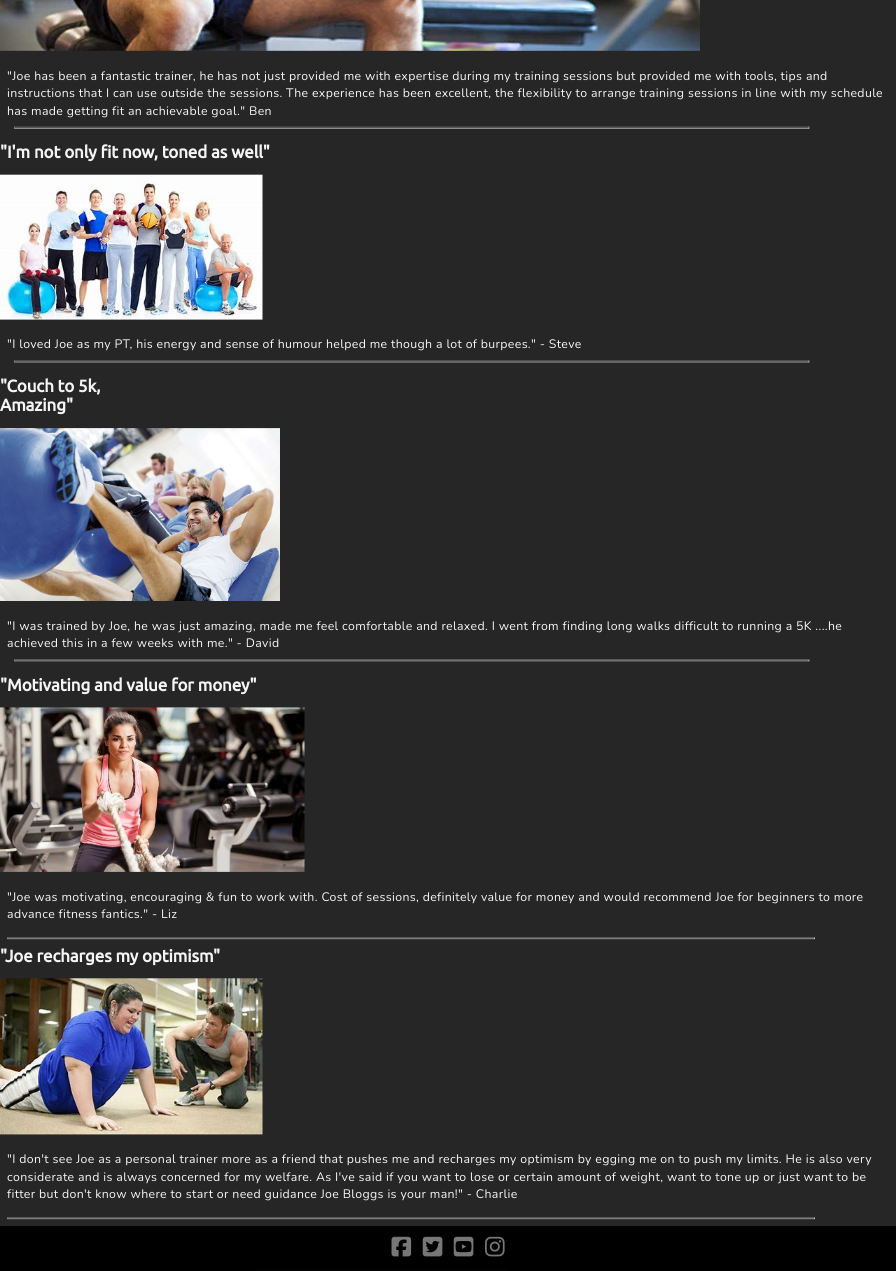
Repository: ClaireRoberts1403/Joe-Bloggs-Personal-Trainer
Page: html/reviews.html
The author's editor kept a record of every edit. The page is drawn from the files as they stood at one moment, then again after the next edit.
The browser window is 1280 px wide. The pictures show the part of the page from y = 2941 to 4861 px (the page is 4757 px tall before and 5386 px after), at 70% of full size.
A picture or video elsewhere on the page could not be fetched, so the positions and the page height are approximate. Some web fonts or font styles are not loaded; a fallback is used. Some web libraries are served in a nearby version.

Above is the page before.

### html/reviews.html
<!DOCTYPE html>
<html lang="en">

<head>
	<meta charset="UTF-8">
	<meta name="viewport" content="width=device-width, initial-scale=1.0">
	<meta http-equiv="X-UA-Compatible" content="ie=edge">
	<script src="https://kit.fontawesome.com/90ed803b97.js" crossorigin="anonymous"></script>
	<link rel="stylesheet" href="..//assets/style.css">
	<title>Joe Bloggs | Reviews</title>
</head>

<body>
	<!-- Navbar -->
	<header>

		<nav>
			<ul id="menu">
				<h1 id="menulogo">Joe Bloggs | Personal Trainer</h1>
				<div class="menuright">
					<li>
						<a href="index.html">Home</a>
					</li>
					<li>
						<a href="plans.html">Plans</a>
					</li>
					<li>
						<a id="active" href="reviews.html">Reviews</a>
					</li>
					<li>
						<a href="contact.html">Contact Me</a>
					</li>
					<div </ul>
		</nav>
	</header>

	<!-- Image Links -->
	<section>
		<h1 id="review-title">Reviews</h1>
		<h2 id="review-quote">Don't let me tell you how great I am</h2>

		<div class="row">
			<div class="column">
				<div id="reviewgallery">
					<h2>"Best personal trainer in the world"</h2>
					<br>
					<img src="../images/reviews/review1.jpg" alt="Client Image Not Available">
					<div class="desc">"Probably the best personal trainer in world. When I started to train with Joe and he gave helpful advice, motivation and a exercise plan which saw me lose weight and gain muscle definition within a month." - Karen
						<hr>
					</div>
				</div>
				<div id="reviewgallery">
					<h2>"Focused with a great sense of humour"</h2>
					<br>
					<img src="../images/reviews/review2.jpg" alt="Client Image Not Available">
					<div class="desc">"Joe is with you every step of the way. He is focused and has a step by step approach, starting from what you can do then slowly making exercises that much harder. He is extremely flexible and is more than happy to work around your daily routines.
						Don't be scared by his focused attitude, he does have a great sense of humour." - Marie
						<hr>
					</div>
				</div>
				<div id="reviewgallery">
					<h2>"Great energy and humour"</h2>
					<br>
					<img src="../images/reviews/review7.jpg" alt="Client Image Not Available">
					<div class="desc"> "I loved Joe as my PT, his energy and sense of humour helped me though a lot of burpees." - Steve
						<hr>
					</div>
				</div>
			</div>
			<div class="column">
				<div id="reviewgallery">
					<h2>"Quick assessments to help refocus"</h2>
					<br>
					<img src="../images/reviews/review3.jpg" alt="Client Image Not Available">
					<div class="desc">"I call up Joe when I loose my focus, he quickly assesses what has changed since the last time we met, which might have been a month or more before. He identifies what I have been doing at the gym or at home and compares that to his own meticulous
						records. His ability to make a fast assessment means that we can seamlessly pick up where we left off." - Tim
						<hr>
					</div>
				</div>
				<div id="reviewgallery">
					<h2>"Expertise and flexibilty"</h2>
					<br>
					<img src="../images/reviews/review4.jpeg" alt="Client Image Not Available">
					<div class="desc">"Joe has been a fantastic trainer, he has not just provided me with expertise during my training sessions but provided me with tools, tips and instructions that I can use outside the sessions. The experience has been excellent, the flexibility to
						arrange training sessions in line with my schedule has made getting fit an achievable goal." Ben
						<hr>
					</div>
				</div>
				<div id="reviewgallery">
					<h2>"I'm not only fit now, toned as well"</h2>
					<br>
					<img src="../images/reviews/review7.jpg" alt="Client Image Not Available">
					<div class="desc"> "I loved Joe as my PT, his energy and sense of humour helped me though a lot of burpees." - Steve
						<hr>
					</div>
				</div>
			</div>
			<div class="column">
				<div id="reviewgallery">
					<h2>"Couch to 5k,<br> Amazing"</h2>
					<br>
					<img src="../images/reviews/review5.jpg" alt="Client Image Not Available">
					<div class="desc">"I was trained by Joe, he was just amazing, made me feel comfortable and relaxed. I went from finding long walks difficult to running a 5K ....he achieved this in a few weeks with me." - David
						<hr>
					</div>
				</div>
				<div id="reviewgallery">
					<h2>"Motivating and value for money"</h2>
					<br>
					<img src="../images/reviews/review6.jpg" alt="Client Image Not Available">
					<div class="desc">"Joe was motivating, encouraging & fun to work with. Cost of sessions, definitely value for money and would recommend Joe for beginners to more advance fitness fantics." - Liz
					</div>
					<hr>
				</div>
			</div>
			<div class="column">
				<div id="reviewgallery">
					<h2>"Joe recharges my optimism"</h2>
					<br>
					<img src="../images/reviews/review8.jpg" alt="Client Image Not Available">
					<div class="desc">"I don't see Joe as a personal trainer more as a friend that pushes me and recharges my optimism by egging me on to push my limits. He is also very considerate and is always concerned for my welfare. As I've said if you want to lose or certain
						amount of weight, want to tone up or just want to be fitter but don't know where to start or need guidance Joe Bloggs is your man!" - Charlie
					</div>
					<hr>
				</div>
			</div>
		</div>
		</div>
	</section>



	<footer>
		<ul class="social-networks">
			<li><a href="http://www.facebook.com" target="_blank"><i class="fab fa-facebook-square"></i></a></li>
			<li><a href="http://www.twitter.com" target="_blank"><i class="fab fa-twitter-square"></i><a/></li>
			<li><a href="http://www.youtube.com" target="_blank"><i class="fab fa-youtube-square"></i><a/></li>
			<li><a href="http://www.instagram.com" target="_blank"><i class="fab fa-instagram"></i></a></li>
		</ul>
	</footer>

</body>

</html>

### assets/style.css
@import url('https://fonts.googleapis.com/css?family=Alatsi|Ubuntu&display=swap');
@import url('https://fonts.googleapis.com/css?family=Nunito&display=swap');



body {
    color: #f5f5f5;
    background-color: #262626;
    font-family: Ubuntu;

}

* {
    margin: 0;
    padding: 0;

}

.container-fluid {
    padding: 0;
    margin: 0;
}



dl,
ol,
ul {
    margin-bottom: 0;
}

/*---navbar---*/

#menulogo {
    font-size: 110%;
    color: #ca0c04;
    text-align: left;
    font-weight: bold;
    display: inline;
    letter-spacing: 3px;
    padding-left: 10px;
}

#menu {
    font-size: 110%;
    list-style-type: none;
    letter-spacing: 3px;
}

#menu li {
    list-style: none;
    line-height: 60px;
    padding-right: 10px;
    justify-content: flex-end;
}

#menu a {
    text-decoration: none;
    color: inherit;

}

#menu a:hover {
    border-bottom: 2px solid #ca0c04;
}

.active {
    border-bottom: 2px solid #595959;
}

.navbar-dark .navbar-nav .nav-link {
    text-align: right;

}

.navbar-toggler:focus,
.navbar-toggler:hover {
    text-decoration: none;
}

.navbar-dark .navbar-toggler {
    color: rgba(255, 255, 255, .5);
    border-color: #595959;
    text-align: right;

}

.navbar-dark .navbar-toggler:focus {
    border-color: #ca0c04;
    outline: none;
}

/*footer*/
footer {
    position: sticky;
}

.social-networks {
    text-align: center;
    background-color: black;
    position: absolute;
    width: 100%;
    height: 4rem;
}

.social-networks li {
    display: inline;
}

.social-networks i {
    font-size: 200%;
    margin-top: 0.2em;
    color: #777777;
    padding: 0.2em;
}

.social-networks i:hover {
    color: #ca0c04;
}

/*--- Hero Image Index page---*/

.hero-image {
    background: url("../images/hero2.jpg");
    width: 100%;
    background-position: center;
    background-repeat: no-repeat;
    background-size: cover;


}

.hero-text {
    padding-left: 8%;
    font-family: Alatsi;

}

.hero-name {
    font-size: 700%;
    color: #ca0c04;
    text-shadow: 3px 3px 3px black;
    padding-top: 160px;
    font-weight: bolder;

}

.hero-title {
    font-size: 300%;
    color: #ca0c04;
    text-shadow: 2px 2px 2px black;

}

.hero-quote {
    font-size: 250%;
    color: #f5f5f5;
    text-shadow: 1px 1px 2px black, 0 0 25px grey, 0 0 5px darkgrey;
    padding-bottom: 20px;

}

/*-- index page - about links --*/

.card-deck {
    justify-content: space-evenly;
}

.card-img-bottom {
    border-radius: 5px;
}

.card-footer {
    border-color: transparent;
    padding-top: 10px;
}

.card-footer p {
    padding-top: 8px;
}

.home {
    margin: 4% 8%;
    width: auto;
}

.about {
    line-height: 20px;
    padding: 10px 5px 0;

}

.about p {
    padding: 0 10px;
    font-family: nunito;
    letter-spacing: 0.5px;
}

.about:hover {
    box-shadow: 8px 8px 16px 8px rgba(0, 0, 0, 0.9);
}

.linkabout {
    text-decoration: none;
    color: #f5f5f5;
}

.linkabout:hover {
    border-bottom: 1px solid #ca0c04;
    text-decoration: none;
    color: #ca0c04;
}


hr {
    border-top: 2px solid #595959;
    width: 90%;
    margin: 10px;
    text-align: center;
}

#history {
    line-height: 25px;
    clear: both;
    margin-bottom: 8%;
    text-align: center;
    font-family: nunito;
    letter-spacing: 1px;
    font-size: large;

}

#history h1 {
    font-size: 275%;
    color: #ca0c04;
    padding: 20px 0;
    text-align: center;
    margin-bottom: 10px;
    font-family: Ubuntu;
}


/* plans */

.phero-name {
    font-size: 700%;
    color: #ca0c04;
    text-shadow: 3px 3px 3px black;
    padding-top: 70px;
    font-weight: bolder;

}

.phero-title {
    font-size: 250%;
    color: #ca0c04;
    text-shadow: 2px 2px 2px black;

}

.phero-quote {
    font-size: 200%;
    color: #f5f5f5;
    text-shadow: 1px 1px 2px black, 0 0 25px grey, 0 0 5px darkgrey;
}

.plans-image {
    background: url("../images/plans.jpg");
    height: 500px;
    width: 100%;
    background-position: center;
    background-repeat: no-repeat;
    background-size: cover;
    background-attachment: fixed;

}

.plans-image2 {
    background: url("../images/plans2.jpg");
    height: 500px;
    width: 100%;
    background-position: center;
    background-repeat: no-repeat;
    background-size: cover;
    background-attachment: fixed;

}

.plans-title {
    font-size: 600%;
    color: #ca0c04;
    text-align: center;
    padding-bottom: 4%;
    letter-spacing: 1px;
    font-family: Alatsi;
    text-shadow: 1px 1px 2px black;
}

.plans-quote {
    font-size: 150%;
    color: #ca0c04;
    text-align: center;
    margin-bottom: 4%;
    font-family: Nunito;
    letter-spacing: 0.8px;
    line-height: 1.5em;

}

.table {
    background-color: #262626;
    color: #f5f5f5;
    text-align: center;
}


.card {
    background-color: #262626;
    box-shadow: 3px 3px 10px 3px black;
    border-color: transparent;
    text-align: center;

}

.card:hover {
    box-shadow: 8px 8px 10px 1px rgba(0, 0, 0, 1);
}

#plans_description h1 {
    color: #ca0c04;
    text-align: center;
    padding-bottom: 4%;
    font-size: 400%;
    font-family: Alatsi;
    font-style: bold;
    text-shadow: 1px 1px 2px black;
}

#plans_description i {
    color: #f5f5f5;
}

#plans_description h5 {
    padding-bottom: 0.5em;
}


#footnote {
    color: #f5f5f5;
    text-align: center;
    padding: 20px 10px 0;

}

.download {
    text-align: center;
    font-size: 160%;
    margin-top: 25px;
    color: #fafafa;
    padding-left: 5px;
    margin-bottom: 25px;

}

a {
    color: #f5f5f5;


}

a:hover {
    color: #ca0c04;
}

.download:hover {
    color: #ca0c04;
    text-decoration: none;

}

.download-pdf i {
    font-size: 18px;
    color: #fafafa;
    text-align: center;
    padding-left: 5px;
}

/*reviews*/


.reviewtitlebg {
    background-color: black;
    padding-bottom: 10px;
}


#review-title {
    font-size: 600%;
    color: #ca0c04;
    padding-top: 4%;
    padding-bottom: 10px;
    font-weight: bold;
    font-family: Alatsi;
    text-align: center;
    margin-bottom: 20px;

}

#review-quote {
    font-size: 190%;
    text-align: center;
    margin-bottom: 4%;
    letter-spacing: 1px;
    word-spacing: 3px;

}



.desc {
    font-size: 110%;
    line-height: 25px;
    padding: 20px 10px 10px 10px;
    font-family: nunito;
    letter-spacing: 0.5px;

}

/*contact*/

#contact {
    background: url("../images/contact.jpg");
    width: 100%;
    background-position: center;
    background-repeat: no-repeat;
    background-size: cover;
    padding-top: 50px;
    margin-top: 6px;
    padding-bottom: 20px;
    text-align: center;

}

#contact-title {
    font-size: 400%;
    color: #ca0c04;
    text-shadow: 1px 1px 2px black;
    padding-top: 1px;
    font-weight: bold;
    font-family: Alatsi;
    text-align: center;
    margin-bottom: 30px;

}


.contactform {
    width: 70%;
    margin-left: 15%;
    text-align:center;
    padding: 30px 10%;
    font-size: larger;
    color: #f5f5f5;
    font-weight: bold;
    background-color: rgba(0, 0, 0, 0.5);
}

.form-control:focus {
    box-shadow: 8px 8px 16px 0 rgba(0, 0, 0, 0.7);
    border-color: #595959;
}

.btn {
    background-color: #ca0c04;
    font-weight: bold;
    font-family: inherit;
    color: #f5f5f5;

}

.btn:focus {
    box-shadow: 8px 8px 16px 0 rgba(0, 0, 0, 0.7);
}


/*----- Media Queries------*/

@media (min-width: 1030px) {

    .hero-image {
        height: 800px;
    }

}

@media (min-width: 1400px) {

    .hero-image {
        height: 1200px;
    }
}


 @media screen and (min-width: 480px) and (max-width: 1024px) {
     #contact {
         height:900px;
     }
 }

     @media screen and (max-width: 768px) {
    .card-columns {
        column-count: 2;
    }
}

@media screen and  (min-width: 480px) and (max-width: 768px) {

    .contactform {
    width: 90%;
    margin-left: 5%;
    }
}

@media screen and (max-width: 668px) {
    .card-deck {
        flex-flow: column;
    }
     .card-columns {
        column-count: 1;
    }
}


@media screen and (max-width: 480px) {

    #media_display_table {
        display: none;
    }


    #menulogo {
        display: none;
    }

    .hero-image {
        height: 600px;

    }

    .hero-name {
        font-size: 550%;
        padding-top: 200px;
        padding-right: 8%;
    }

    .hero-title {
        font-size: 220%;

    }

    .hero-quote {
        font-size: 160%;
        padding-bottom: 4%;
        padding-right: 1%;
    }

    .plans-image {
        height: 670px;

    }
    .plans-image2 {
        height: 450px;

    }

    .phero-name {
        font-size: 500%;
        padding-top: 8%;
        line-height: 90px;
    }

    .phero-title {
        font-size: 180%;
        line-height: 90px;
    }

    .phero-quote {
        font-size: 120%;
        padding-right: 2%;

    }

    .plans-title {
        font-size: 270%;
    }

    .plans-quote {
        font-size: 120%;
        color: #f5f5f5;
    }

    .download {
        font-size: 110%;
    }

    #plans_description h1 {
        font-size: 240%;
    }

    #review-title {
        font-size: 500%;
    }

    #review-quote {
        font-size: 170%;
    }

     .contactform {
    width: 100%;
    margin: 0;
    }
}


@media screen and (max-width: 320px) {

    .hero-image {
        height: 500px;

    }

    .hero-name {
        padding-top: 150px;
        font-size: 400%;
    }

    .hero-quote {
        font-size: 160%;
        padding-bottom: 4%;
        padding-right: 1%;

    .plans-image {
        height: 550px;

    }
    .plans-image2 {
        height: 450px;

    }

    .phero-name {
        font-size: 400%;
        padding-top: 8%;
        line-height: 90px;
    }

    .phero-title {
        font-size: 180%;
        line-height: 90px;
    }

}

After the next edit:
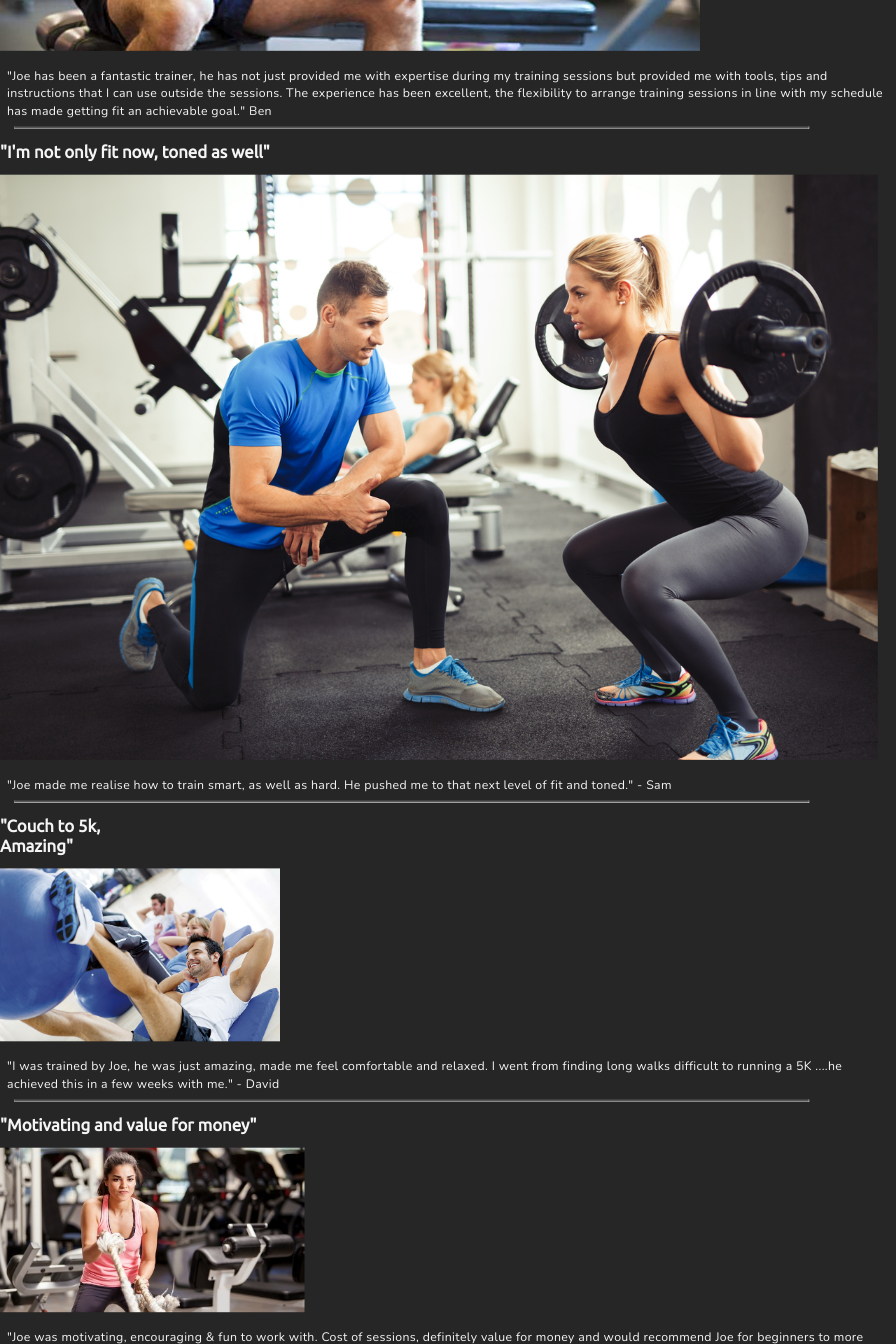
The edit:
--- a/html/reviews.html
+++ b/html/reviews.html
@@ -89,8 +89,8 @@
 				<div id="reviewgallery">
 					<h2>"I'm not only fit now, toned as well"</h2>
 					<br>
-					<img src="../images/reviews/review7.jpg" alt="Client Image Not Available">
-					<div class="desc"> "I loved Joe as my PT, his energy and sense of humour helped me though a lot of burpees." - Steve
+					<img src="../images/reviews/review10.jpg" alt="Client Image Not Available">
+					<div class="desc"> "Joe made me realise how to train smart, as well as hard. He pushed me to that next level of fit and toned." - Sam
 						<hr>
 					</div>
 				</div>
